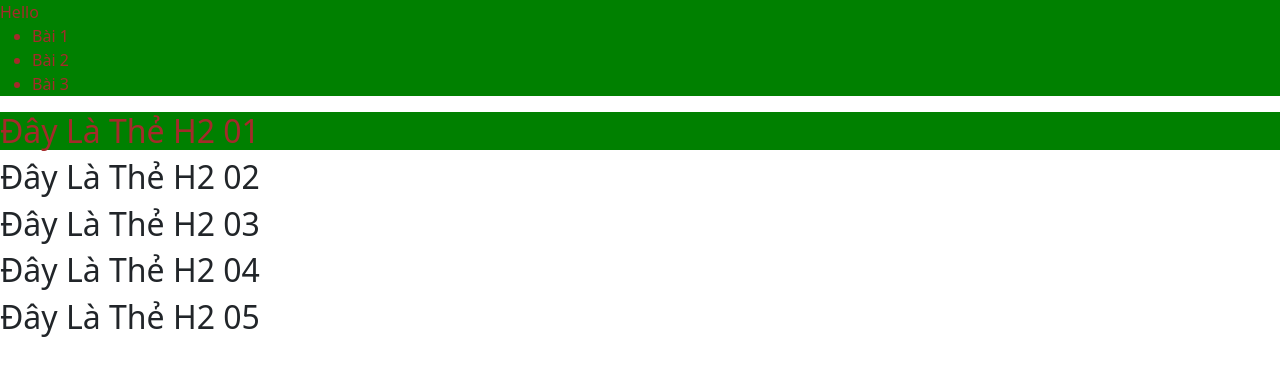
Repository: HuynhDuc23/learn__javascript__basic
Page: lab19/dom.html
An editor plug-in stored every save of this project. The page is shown before and after the next save, followed by the edit.
The browser window is 1280 px wide. The pictures show the whole page.

Above is the page before, as saved 2024-01-10 09:55:17.

### lab19/dom.html
<html lang="en">
<head>
    <meta charset="UTF-8">
    <meta name="viewport" content="width=device-width, initial-scale=1.0">
    <title>Document Object Model (DOM)</title>
    <link href="https://cdn.jsdelivr.net/npm/bootstrap@5.3.2/dist/css/bootstrap.min.css" rel="stylesheet" integrity="sha384-T3c6CoIi6uLrA9TneNEoa7RxnatzjcDSCmG1MXxSR1GAsXEV/Dwwykc2MPK8M2HN" crossorigin="anonymous">
</head>
<body>
    <style>
        .light {
            background: red;
        }
        .dark {
            background: green;
            color: brown;
        }
    </style>
   <div class="light" id="box"> Hello</div>
     <ul id="_ul">
        <li>Bài 1 </li>
        <li>Bài 2 </li>
        <li>Bài 3 </li>
     </ul>
     <h2>Đây Là Thẻ H2 01</h2>
     <h2>Đây Là Thẻ H2 02</h2>
     <h2>Đây Là Thẻ H2 03</h2>
     <h2>Đây Là Thẻ H2 04</h2>
     <h2>Đây Là Thẻ H2 05</h2>
    <script>
       var box = document.getElementById("box");
       console.log(box)
       box.classList.add("dark");

       const _ul =  document.getElementById("_ul");
       _ul.classList.add("dark");
       console.log(_ul);

       const listH2 =  document.getElementsByTagName("h2");
       console.log(listH2);
       listH2[0].classList.add("dark")
    </script>
       <script src="https://cdn.jsdelivr.net/npm/bootstrap@5.3.2/dist/js/bootstrap.bundle.min.js" integrity="sha384-C6RzsynM9kWDrMNeT87bh95OGNyZPhcTNXj1NW7RuBCsyN/o0jlpcV8Qyq46cDfL" crossorigin="anonymous"></script>
</body>
</html>

After the next save:
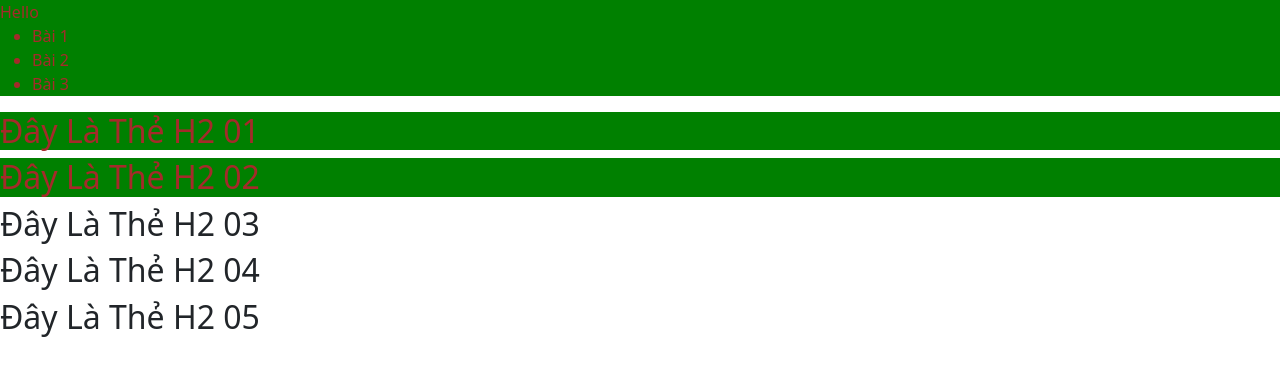
Saved 21 s later.
--- a/lab19/dom.html
+++ b/lab19/dom.html
@@ -37,7 +37,9 @@
 
        const listH2 =  document.getElementsByTagName("h2");
        console.log(listH2);
-       listH2[0].classList.add("dark")
+       listH2[0].classList.add("dark");
+       listH2[1].classList.add("dark");
+
     </script>
        <script src="https://cdn.jsdelivr.net/npm/bootstrap@5.3.2/dist/js/bootstrap.bundle.min.js" integrity="sha384-C6RzsynM9kWDrMNeT87bh95OGNyZPhcTNXj1NW7RuBCsyN/o0jlpcV8Qyq46cDfL" crossorigin="anonymous"></script>
 </body>
